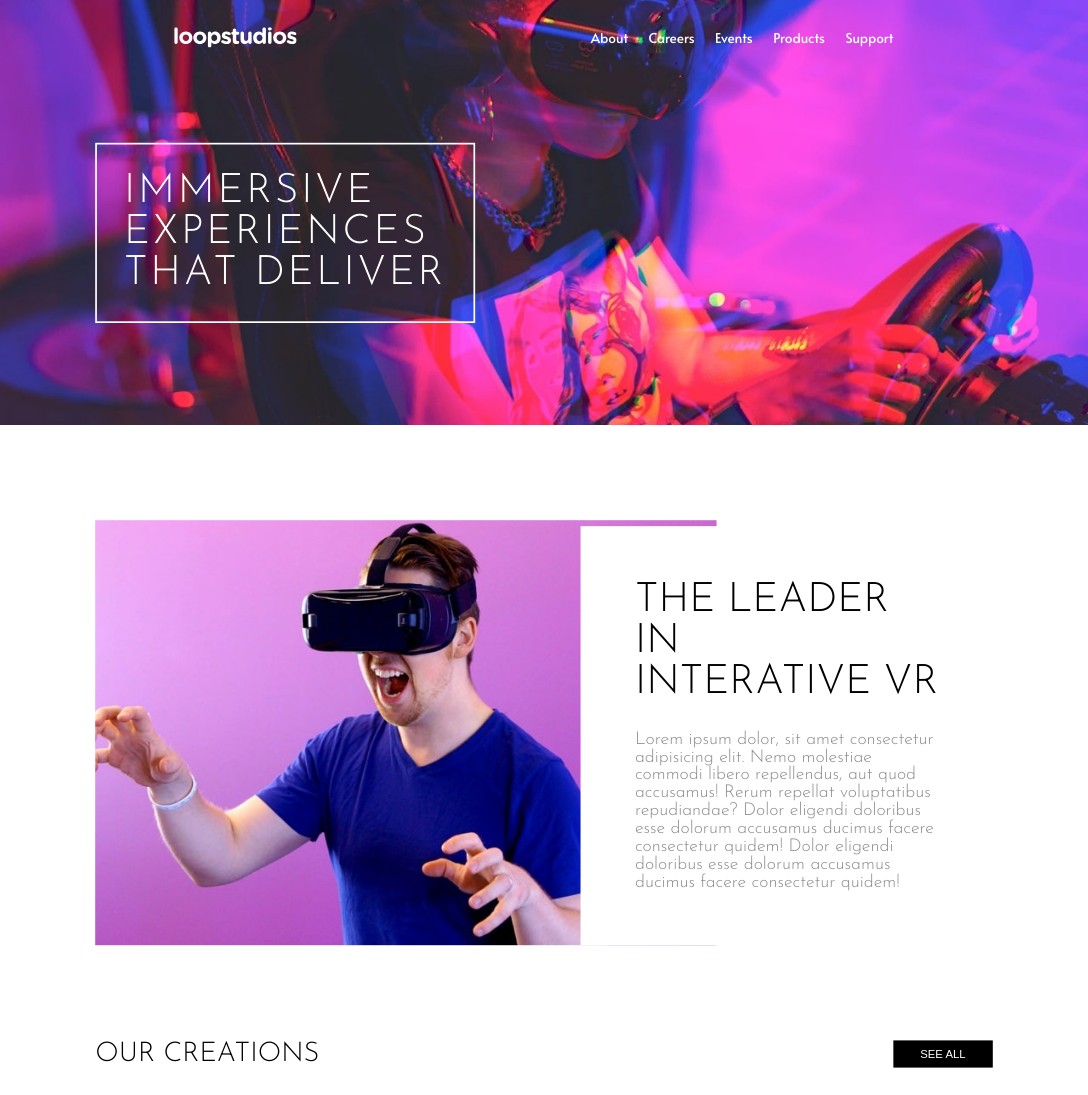
Repository: gligor99/loopstudios-fm
Page: /
The author's editor kept a copy of each file at every save. The page is drawn from the files as they stood at one save, then again after the next save.
The browser window is 1280 px wide. The pictures show the whole page, at 85% of full size.
The pointer rests on the first visible `.creation-btn`.
Backgrounds fixed to the window are drawn as part of the page. The project was rebuilt for these pictures with package versions that can differ from the ones it lists, and the page was loaded fresh each time.

Above is the page before, as saved 2021-11-28 16:06:33.

After the next save:
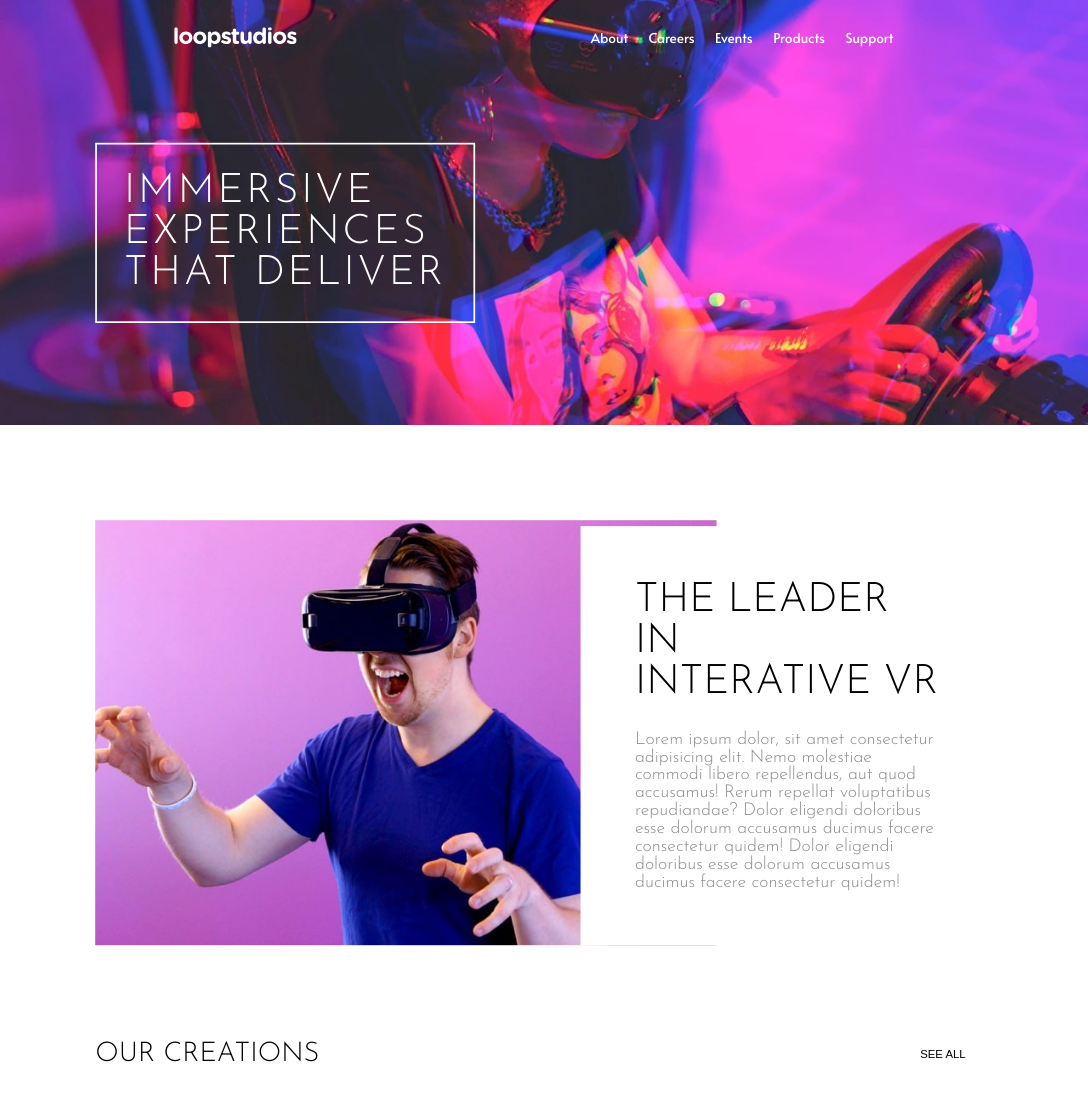
Saved 14 s later.
--- a/src/components/Creations/creations.css
+++ b/src/components/Creations/creations.css
@@ -22,3 +22,7 @@
     cursor: pointer;
     transition: 0.2s ease-in;
 }
+.creation-btn:hover{
+    background-color: var(--clr-white);
+    color: var(--clr-black);
+}
